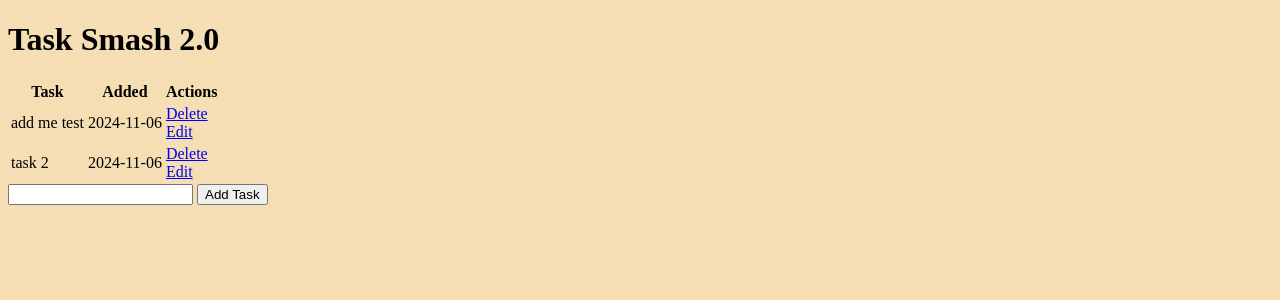
Repository: froztty/Flask-APP-CRUD
Page: http://localhost/
These files come from the project's save history. The page is drawn as it stood at one moment and after the next save; the edit follows.
The browser window is 1280 px wide. The pictures show the whole page.
The page is served by the project's application, run on Flask 3 (app.py). The page reads the database file committed with the project.

Above is the page before, as saved 2024-11-05 21:22:41.

### templates/index.html
{% extends 'base.html'%} {% block head %}
<title>Task Smash</title>
{% endblock %} {% block body%}
<div class="content">
  <h1>Task Smash 2.0</h1>
  {% if tasks | length < 1 %}
  <h3>There are no tasks... Create one here!</h3>
  {% else %}
  <table>
    <tr>
      <th>Task</th>
      <th>Added</th>
      <th>Actions</th>
    </tr>
    {% for task in tasks %}
    <tr>
      <td>{{task.content}}</td>
      <td>{{task.created.strftime("%Y-%m-%d")}}</td>
      <td>
        <a href="/delete/{{task.id}}">Delete</a>
        <br />
        <a href="/edit/{{task.id}}">Edit</a>
      </td>
    </tr>
    {% endfor %}
  </table>
  {% endif %}
  <form actions="/" method="POST">
    <input type="text" name="content" id="content" />
    <input type="submit" value="Add Task" id="btn_add" />
  </form>
  {% endblock %}
</div>

### templates/base.html
<!DOCTYPE html>
<html lang="en">
<head>
    <meta charset="UTF-8">
    <meta name="viewport" content="width=device-width, initial-scale=1.0">
    <link rel="stylesheet" href="{{url_for('static', filename="styles.css")}}" />
    {% block head %}{% endblock %}
</head>
<body>
    {% block body%}{% endblock %}
</body>
</html>

### app.py
from flask import Flask, render_template, redirect, request
from flask_scss import Scss
from flask_sqlalchemy import SQLAlchemy
from datetime import datetime

app = Flask(__name__)
Scss(app)

app.config["SQLALCHEMY_DATABASE_URI"] = "sqlite:///database.db"
db = SQLAlchemy(app)

class MyTask(db.Model):
    id = db.Column(db.Integer, primary_key=True)
    content = db.Column(db.String(100), nullable=False)
    complete = db.Column(db.Integer, default=0) # 1 yes or 0 no
    created = db.Column(db.DateTime, default=datetime.utcnow)

    def __repr__(self) -> str:
        return f"Task {self.id}"

@app.route("/", methods=["POST","GET"])
def index():
    #add a task
    if request.method == "POST":
        current_task = request.form['content']
        new_task = MyTask(content=current_task)
        try:
            db.session.add(new_task)
            db.session.commit()
            return redirect("/")
        except Exception as e:
            print(f"ERROR: {e}")
            return (f"ERROR: {e}")
    #see all current tasks
    else:
        tasks = MyTask.query.order_by(MyTask.created).all()
        return render_template('index.html', tasks=tasks)

#delete
@app.route("/delete/<int:id>")
def delete(id:int):
    delete_task = MyTask.query.get_or_404(id)
    try:
        db.session.delete(delete_task)
        db.session.commit()
        return redirect("/")
    except Exception as e:
        return f"ERROR:{e}"

#edit
@app.route("/edit/<int:id>", methods=["GET","POST"])
def edit(id:int):
    task = MyTask.query.get_or_404(id)
    if request.method == "POST":
        task.content = request.form['content']
        try:
            db.session.commit()
            return redirect("/")
        except Exception as e:
            return f"ERROR:{e}"
    else:
        return render_template('edit.html', task=task)

if __name__ in "__main__":
    with app.app_context():
        db.create_all()

    app.run(debug=True)

### static/styles.css
body {
  background-color: wheat;
}/*# sourceMappingURL=styles_20241105212241.css.map */

### instance/database.db (the tables this page reads, as SQL)
CREATE TABLE my_task (
	id INTEGER NOT NULL, 
	content VARCHAR(100) NOT NULL, 
	complete INTEGER, 
	created DATETIME, 
	PRIMARY KEY (id)
);
INSERT INTO "my_task" VALUES
(1, 'add me test', 0, '2024-11-06 04:26:21.520820'),
(2, 'task 2', 0, '2024-11-06 05:40:38.699605');

After the next save:
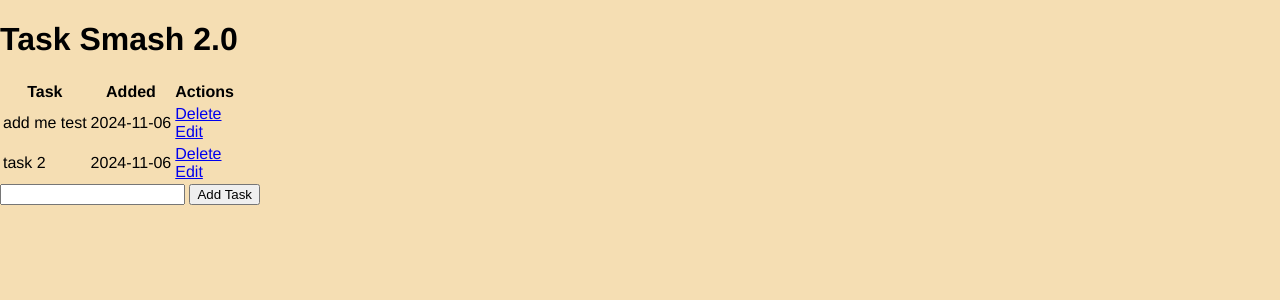
Saved 45 s later.
--- a/static/styles.css
+++ b/static/styles.css
@@ -1,3 +1,6 @@
 body {
+  font-family: "Franklin Gothic Medium", "Arial Narrow", Arial, sans-serif;
+  margin: 0;
+  padding: 0;
   background-color: wheat;
-}/*# sourceMappingURL=styles_20241105212241.css.map */
+}/*# sourceMappingURL=styles_20241105212326.css.map */
